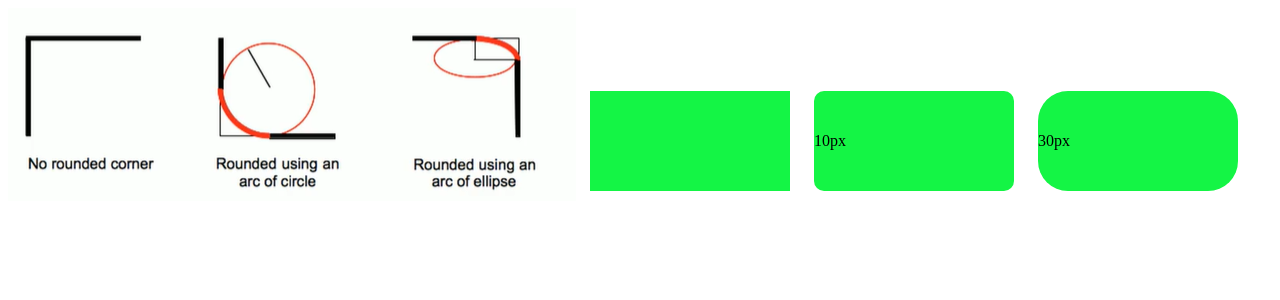
Repository: zhengdeya/web-based
Page: 33-圆角边框.html
The author's editor kept a copy of each file at every save. The page is drawn from the files as they stood at one save, then again after the next save.
The browser window is 1280 px wide. The pictures show the whole page.

Above is the page before, as saved 2021-04-11 15:14:59.

### 33-圆角边框.html
<!DOCTYPE html>
<html lang="en">

<head>
    <meta charset="UTF-8">
    <meta http-equiv="X-UA-Compatible" content="IE=edge">
    <meta name="viewport" content="width=device-width, initial-scale=1.0">
    <title>圆角边框</title>
    <style>
        .box1 {
            width: 200px;
            height: 100px;
            line-height: 100px;
            background-color: rgb(20, 245, 69);
            margin: 10px;
            display: inline-block;
            overflow: hidden;
        }

        .yuanjiao1 {
            /* 圆角半径10px */
            border-radius: 10px;
        }

        .yuanjiao2 {
            border-radius: 30px;
        }
    </style>
</head>

<body>
    <img src="imgs/圆角边框.png" alt="">
    <div class="box1"></div>
    <div class="box1 yuanjiao1">10px</div>
    <div class="box1 yuanjiao2">30px</div>
</body>

</html>

After the next save:
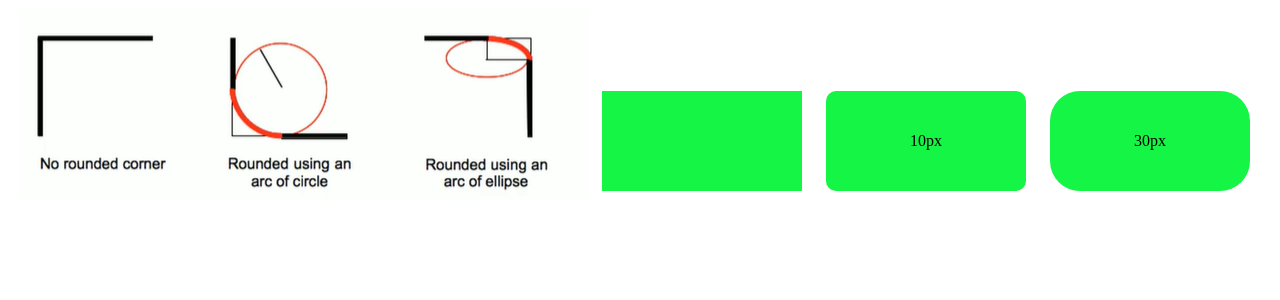
Saved 46 s later.
--- a/33-圆角边框.html
+++ b/33-圆角边框.html
@@ -7,6 +7,10 @@
     <meta name="viewport" content="width=device-width, initial-scale=1.0">
     <title>圆角边框</title>
     <style>
+        * {
+            text-align: center;
+        }
+
         .box1 {
             width: 200px;
             height: 100px;

After the save that followed:
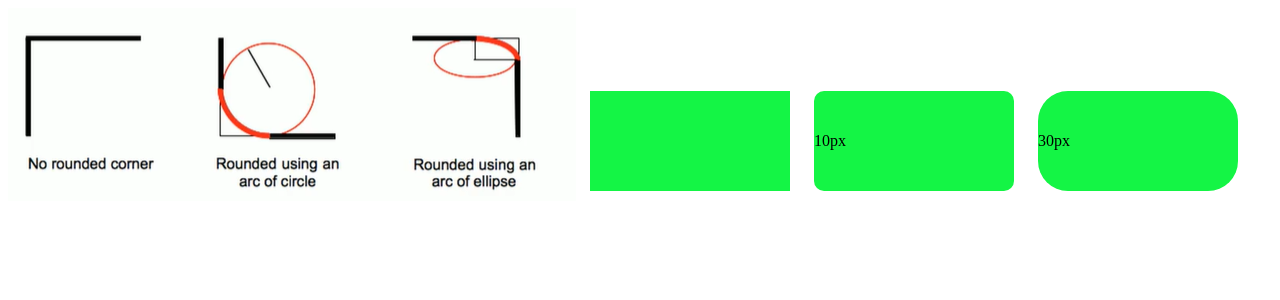
Saved 17 s later.
--- a/33-圆角边框.html
+++ b/33-圆角边框.html
@@ -7,10 +7,6 @@
     <meta name="viewport" content="width=device-width, initial-scale=1.0">
     <title>圆角边框</title>
     <style>
-        * {
-            text-align: center;
-        }
-
         .box1 {
             width: 200px;
             height: 100px;
